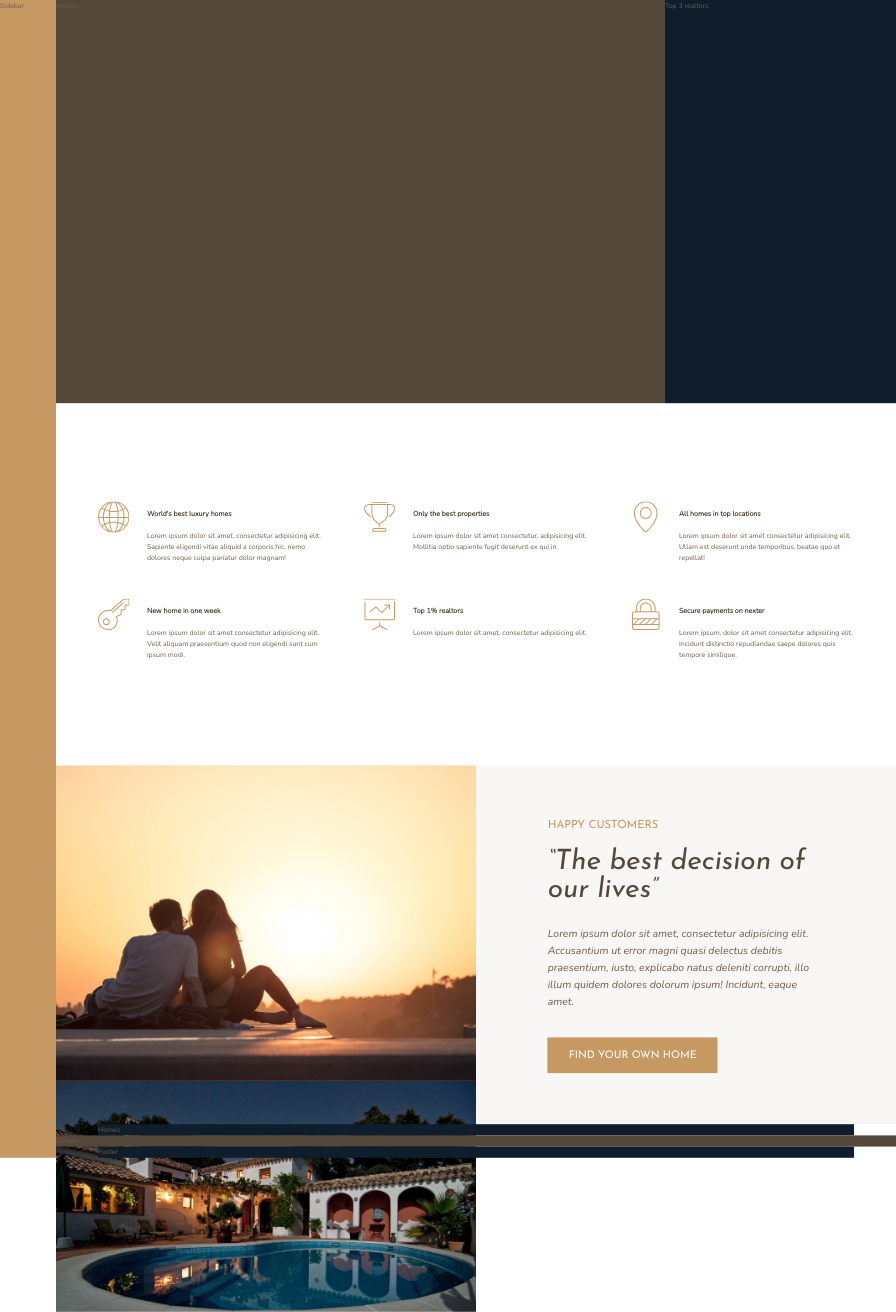
Repository: achwesiuk/nexter
Page: index.html
These files come from the project's save history. The page is drawn as it stood at one moment and after the next save; the edit follows.
The browser window is 1280 px wide. The pictures show the whole page, at 70% of full size.
The style sheet was rebuilt from its Sass, Less or Tailwind sources for each picture, by a compiler version that may differ from the author's.

Above is the page before, as saved 2021-02-23 12:41:57.

### index.html
<!DOCTYPE html>
<html lang="en">
    <head>
        <meta charset="UTF-8">
        <meta name="viewport" content="width=device-width, initial-scale=1.0">
        <meta http-equiv="X-UA-Compatible" content="ie=edge">

        <link href="https://fonts.googleapis.com/css?family=Josefin+Sans:300,400,400i|Nunito:300,300i" rel="stylesheet">
        <link rel="stylesheet" href="css/style.css">
        <link rel="shortcut icon" type="image/png" href="img/favicon.png">

        <title>nexter &mdash; your home, your freedom</title>
    </head>
    <body class="container">
        <div class="sidebar">
            Sidebar
        </div>

        <header class="header">
            Header
        </header>

        <div class="realtors">
            Top 3 realtors
        </div>

        <section class="features">
            <div class="feature">
                <svg class="feature__icon">
                    <use xlink:href="img/sprite.svg#icon-global"></use>
                </svg>
                <h4 class="heading-4--dark">World's best luxury homes</h4>
                <p class="feature-text">Lorem ipsum dolor sit amet, consectetur adipisicing elit. Sapiente eligendi vitae aliquid a corporis hic, nemo dolores neque culpa pariatur dolor magnam!</p>
            </div>
            <div class="feature">
                <svg class="feature__icon">
                    <use xlink:href="img/sprite.svg#icon-trophy"></use>
                </svg>
                <h4 class="heading-4--dark">Only the best properties</h4>
                <p class="feature-text">Lorem ipsum dolor sit amet consectetur, adipisicing elit. Mollitia optio sapiente fugit deserunt ex qui in.</p>
            </div>
            <div class="feature">
                <svg class="feature__icon">
                    <use xlink:href="img/sprite.svg#icon-map-pin"></use>
                </svg>
                <h4 class="heading-4--dark">All homes in top locations</h4>
                <p class="feature-text">Lorem ipsum dolor sit amet consectetur adipisicing elit. Ullam est deserunt unde temporibus, beatae quo et repellat!</p>
            </div>
            <div class="feature">
                <svg class="feature__icon">
                    <use xlink:href="img/sprite.svg#icon-key"></use>
                </svg>
                <h4 class="heading-4--dark">New home in one week</h4>
                <p class="feature-text">Lorem ipsum dolor sit amet consectetur adipisicing elit. Velit aliquam praesentium quod non eligendi sunt cum ipsum modi.</p>
            </div>
            <div class="feature">
                <svg class="feature__icon">
                    <use xlink:href="img/sprite.svg#icon-presentation"></use>
                </svg>
                <h4 class="heading-4--dark">Top 1% realtors</h4>
                <p class="feature-text">Lorem ipsum dolor sit amet, consectetur adipisicing elit.</p>
            </div>
            <div class="feature">
                <svg class="feature__icon">
                    <use xlink:href="img/sprite.svg#icon-lock"></use>
                </svg>
                <h4 class="heading-4--dark">Secure payments on nexter</h4>
                <p class="feature-text">Lorem ipsum, dolor sit amet consectetur adipisicing elit. Incidunt distinctio repudiandae saepe dolores quis tempore similique.</p>
            </div>
        </section>

        <div class="story__pictures">
            <img src="img/story-1.jpeg" alt="Couple with new house" class="story__img--1">
            <img src="img/story-2.jpeg" alt="New house" class="story__img--2">
        </div>

        <div class="story__content">
            <h3 class="heading-3 mb-sm">Happy Customers</h3>
            <h2 class="heading-2 heading-2--dark mb-md">&ldquo;The best decision of our lives&rdquo;</h2>
            <p class="story__text">
                Lorem ipsum dolor sit amet, consectetur adipisicing elit. Accusantium ut error magni quasi delectus debitis praesentium, iusto, explicabo natus deleniti corrupti, illo illum quidem dolores dolorum ipsum! Incidunt, eaque amet.
            </p>
            <button class="btn">Find your own home</button>
        </div>

        <section class="homes">
            Homes
        </section>

        <section class="gallery">
            Gallery
        </section>

        <footer>
            Footer
        </footer>
    </body>
</html>

### sass/main.scss
@import "base";
@import "typography";

@import "sidebar";
@import "header";
@import "realtors";
@import "features";
@import "story";
@import "homes";
@import "gallery";
@import "footer";

### sass/_base.scss
// COLOR VARIABLES
$color-primary: #c69963;
$color-primary-dark: #B28451;

$color-secondary: #101d2c;

$color-grey-light-1: #f9f7f6;
$color-grey-light-2: #aaa;

$color-grey-dark-1: #54483A;
$color-grey-dark-2: #6D5D4B;

// FONT VARIABLES
$font-primary: 'Nunito', sans-serif;
$font-display: 'Josefin Sans', sans-serif;

*,
*::before,
*::after {
    margin: 0;
    padding: 0;
    -webkit-box-sizing: inherit;
            box-sizing: inherit; //dziedziczy po HTML
}

html {
    -webkit-box-sizing: border-box;
            box-sizing: border-box;
    font-size: 62.5%; // 10px / 16px = 62.5% -> 1rem = 10px
}

body {
    font-family: $font-primary;
    color: $color-grey-dark-2;
    font-weight: 300;
    line-height: 1.6;
}

.container {
    display: grid;
    grid-template-rows: 80vh min-content 40vw repeat(3, min-content); // 1.wiersz - wysokość wiersza jest wartością procentową vh; jest to siatka jawna z jednym wierszem, pozostałe elementy będą dodane w siatce niejawnej (elementy, które nie mają miejsca w siatce jawnej)
    // 2. wiersz - wysokość wiersza uzależniona od zawartej w nim treści
    // 2. auto - domyślne, jeżeli nic nie będzie określone; również dopasowuje się do treści
    // 3. wiersz - wiersz uzależniony od szerokości układu (podczas zmiany szerokości widoku zmieniają się wymiary wiersza - zwęża się, rośnie)
    // 4, 5, 6 - wysokość wiersza uzależnione od jego zawartości
    grid-template-columns: [sidebar-start] 8rem [sidebar-end full-start] minmax(6rem, 1fr) [center-start] repeat(8, [col-start] minmax(min-content, 14rem) [col-end]) [center-end] minmax(6rem, 1fr) [full-end];
}

### sass/_typography.scss
%heading { //extended działa przeciwnie do mixin; selektory (heading-1 etc.) są kopiowane to selektora na górze
    font-family: $font-display;
    font-weight: 400;
}

.heading-1 {
    @extend %heading;
}

.heading-2 {
    @extend %heading;
    font-size: 4rem;
    font-style: italic;
    line-height: 1;

    &--light {color: $color-grey-light-1;}
    &--dark {color: $color-grey-dark-1;}
}

.heading-3 {
    @extend %heading;
    font-size: 1.6rem;
    color: $color-primary;
    text-transform: uppercase;
}

.heading-4 {
    @extend %heading;
    font-size: 1.9rem;

    &--light {color: $color-grey-light-1;}
    &--dark {color: $color-grey-dark-1;}
}

.btn {
    background-color: $color-primary;
    color: #fff;
    border: none;
    border-radius: 0; //z założenia przyciski mają ustawiony jakiś kąt
    font-family: $font-display;
    font-size: 1.5rem;
    text-transform: uppercase;
    padding: 1.8rem 3rem;
    cursor: pointer;

    transition: all .2s;

    &:hover {
        background-color: $color-primary-dark;
    }
}

.mb-sm {margin-bottom: 2rem;}
.mb-md {margin-bottom: 3rem;}
.mb-lg {margin-bottom: 4rem;}
.mb-hg {margin-bottom: 8rem;}

### sass/_sidebar.scss
.sidebar {
    background-color: $color-primary;
    grid-column: sidebar-start / sidebar-end;
    grid-row: 1 / -1;
}

### sass/_header.scss
.header {
    background-color: $color-grey-dark-1;
    grid-column: full-start / col-end 6;
}

### sass/_realtors.scss
.realtors {
    background-color: $color-secondary;
    grid-column: col-start 7 / full-end;
}

### sass/_features.scss
.features {
    grid-column: center-start / center-end;

    margin: 15rem 0;

    display: grid;
    //grid-template-columns: repeat(3, 1fr);
    grid-template-columns: repeat(auto-fit, minmax(25rem, 1fr));
    //grid-template-rows: auto auto; niepotrzebne, ponieważ wiersze i tak układają się w ten sposób
    grid-gap: 6rem;
    align-items: start;
}

.feature {

    display: grid;
    grid-template-columns: min-content 1fr; //min-content odnosi się do wymiarów ikony
    //nie trzeba określać wierszy, mają mieć wielkość zawartej w nich treści
    grid-row-gap: 1.5rem;
    grid-column-gap: 2.5rem;

    &__icon {
        fill: $color-primary;
        width: 4.5rem;
        height: 4.5rem;
        transform: translateY(-1rem);

        //grid-row: 1 / -1; // -1 oznacza koniec JAWNEJ SIATKI, a tutaj jest niejawna
        grid-row: -1 / span 2;
    }

    &__text {
        font-size: 1.7rem;
    }
}

### sass/_story.scss
.story {

    &__pictures {
        background-color: $color-primary;
        grid-column: full-start / col-end 4;

        display: grid;
    }

    &__img--1 {
        width: 100%;
    }

    &__img--2 {
        width: 100%;
    }

    &__content {
        background-color: $color-grey-light-1;
        grid-column: col-start 5 / full-end;

        padding: 6rem 8vw;

        /*
        display: flex;
        flex-direction: column;
        justify-content: center;
        align-items: flex-start;
        */

        display: grid;
        align-content: center;
        justify-items: start;
    }

    &__text {
        font-size: 1.5rem;
        font-style: italic;
        margin-bottom: 4rem;
    }
}

### sass/_homes.scss
.homes {
    background-color: $color-secondary;
    grid-column: center-start / center-end;
}

### sass/_gallery.scss
.gallery {
    background-color: $color-grey-dark-1;
    grid-column: full-start / full-end;
}

### sass/_footer.scss
footer {
    background-color: $color-secondary;
    grid-column: center-start / center-end;
}

After the next save:
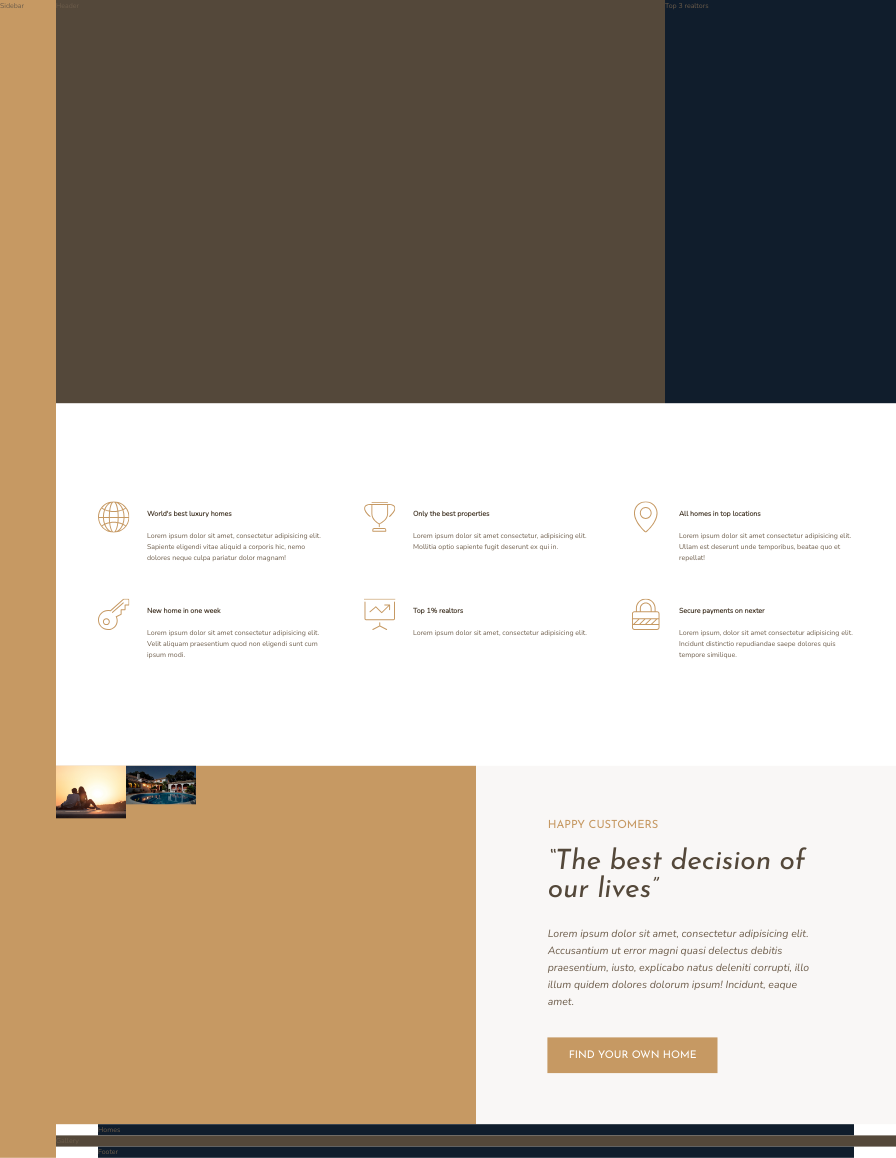
Saved 3 min 38 s later.
--- a/sass/_story.scss
+++ b/sass/_story.scss
@@ -5,6 +5,8 @@
         grid-column: full-start / col-end 4;
 
         display: grid;
+        grid-template-rows: repeat(6, 1fr);
+        grid-template-columns: repeat(6, 1fr);
     }
 
     &__img--1 {
